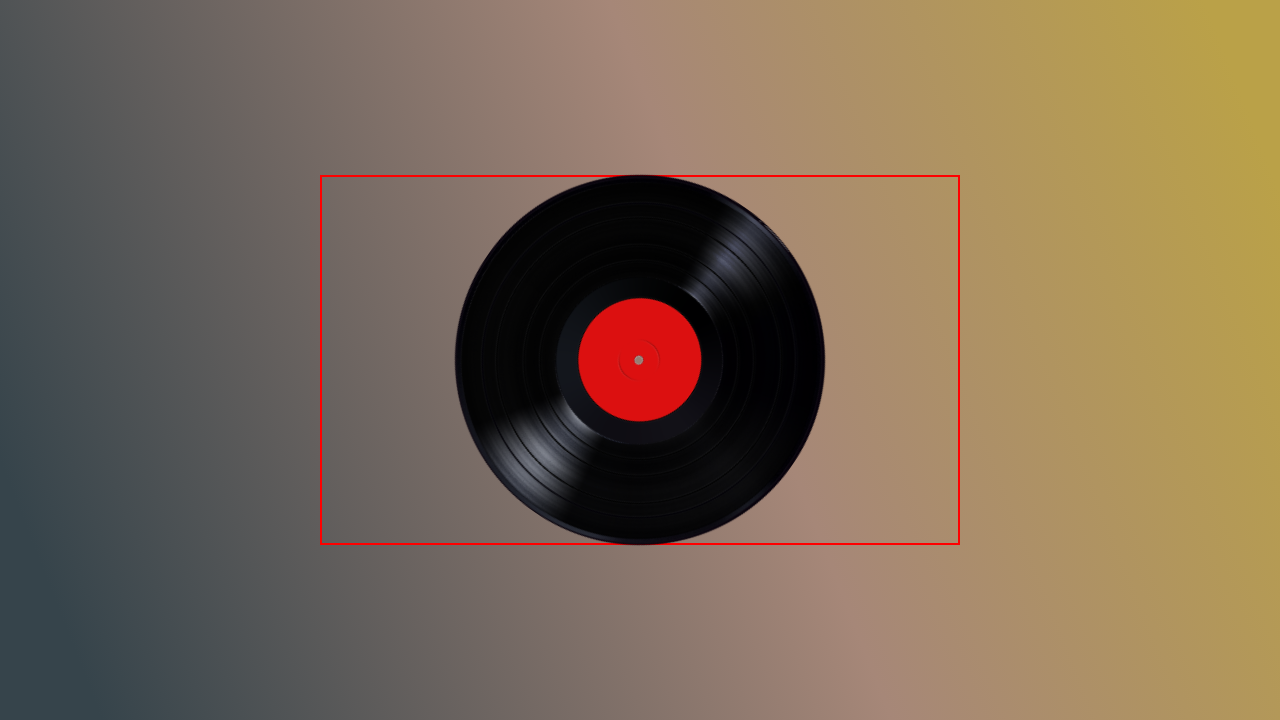
Repository: julianm09/revolve-app
Page: /
These files come from the project's save history. The page is drawn as it stood at one moment and after a run of saves; the edit follows.
The browser window is 1280 px wide. The pictures show the whole page.
The project was rebuilt for these pictures with package versions that can differ from the ones it lists, and the page was loaded fresh each time. The framework's server and built-in components were replaced by stand-ins that run in the browser. Also part of the build but not shown: next.config.js, data/albums.js, comps/AlbumGrid/index.js, comps/MainButton/index.js, comps/NowPlaying/index.js, comps/TrackLoop/index.js.

Above is the page before, as saved 2021-10-07 17:56:54.

After the next 2 saves:
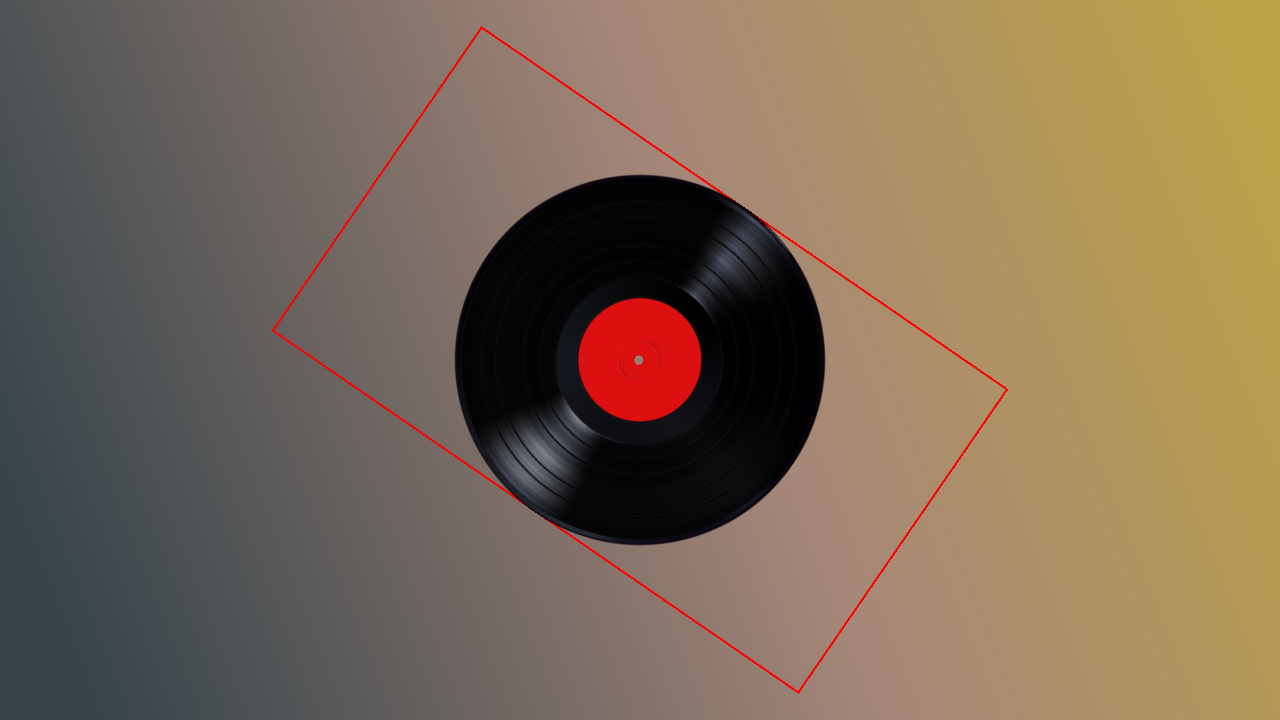
The 2 saves are shown as one change because they came seconds apart.
The last was saved 13 s later.
--- a/comps/LogoMain/index.js
+++ b/comps/LogoMain/index.js
@@ -9,11 +9,12 @@
     width:50%;
     max-width:1100px;
     border: 2px solid red;
+    animation: spin 5s linear infinite;
+
 
 `;
 
 const LogoImg = styled.img`
-animation: spin 5s linear infinite;
 
 `;
 

After the 3 saves that followed:
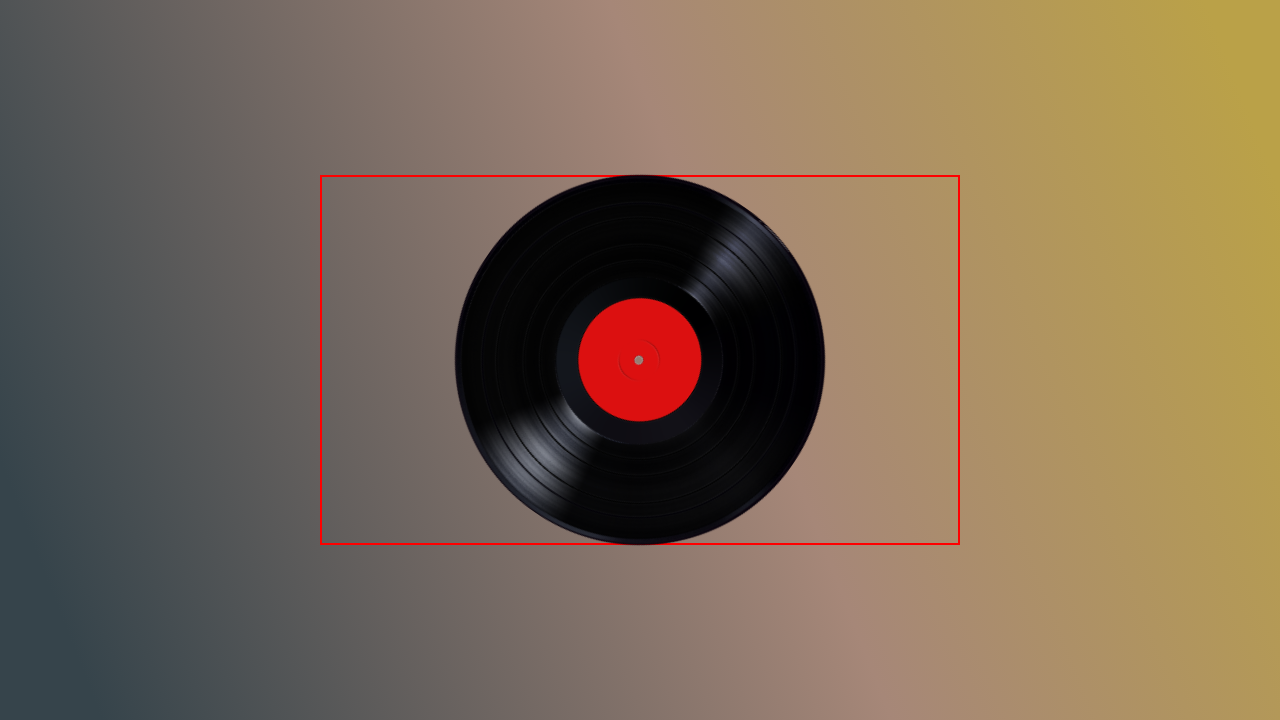
The 3 saves are shown as one change because they came seconds apart.
The last was saved 11 s later.
--- a/comps/LogoMain/index.js
+++ b/comps/LogoMain/index.js
@@ -9,13 +9,13 @@
     width:50%;
     max-width:1100px;
     border: 2px solid red;
-    animation: spin 5s linear infinite;
+
 
 
 `;
 
 const LogoImg = styled.img`
-
+animation: spin 5s linear infinite;
 `;
 
 const Logo = () => {
